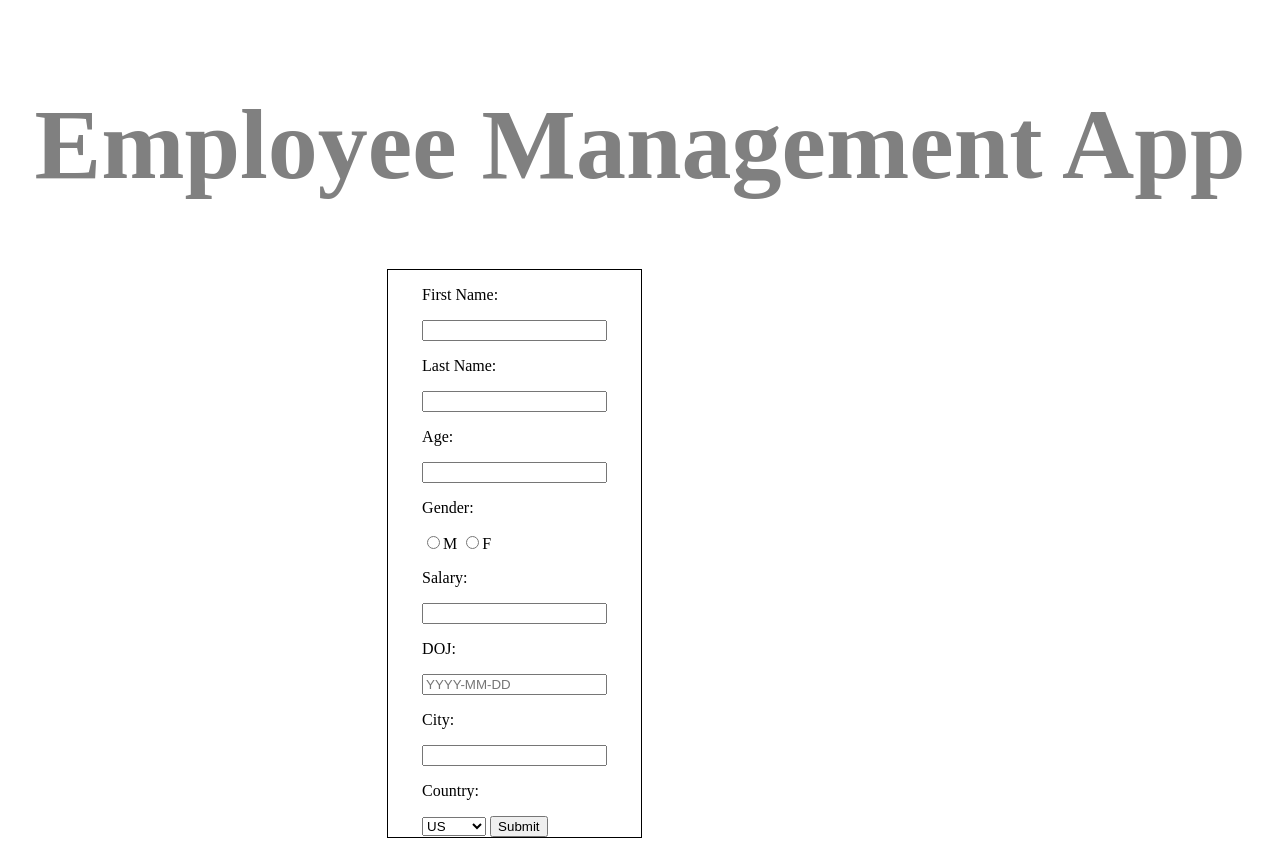
Repository: SaumyaGuptaTechnokrat/Employee_management
Page: http://localhost/Employee/index.jsp
The author's editor kept a copy of each file at every save. The page is drawn from the files as they stood at one save, then again after the next save.
The browser window is 1280 px wide. The pictures show the whole page.
The page is served by Tomcat 9. Other server files are loaded and not shown.

Above is the page before, as saved 2023-02-10 17:29:44.

### Employee/src/main/webapp/index.jsp
<%@ page language="java" contentType="text/html; charset=ISO-8859-1"
    pageEncoding="ISO-8859-1"%>
<!DOCTYPE html>
<html>
<head>
<meta charset="ISO-8859-1">
<title>Insert title here</title>

</head>
<body>
<h1 style="text-align:center;padding-top:20px;color:gray;font-size:100px;">Employee Management App</h1>
<div style="margin:0% 30%;width:20%;border:1px black solid;display:grid;justify-content:center">
<form action="addRecord.jsp" method="post" >

		<p>First Name:</p><input name="fName" type="text"><br>
		<p>Last Name:</p><input name="lName" type="text"><br>
		<p>Age:</p><input name="age" type="number"><br>
		<p>Gender:</p><input name="Gender" type="radio" value="Male">M
		<input type="radio" name="Gender" value="Female">F<br>
		<p>Salary:</p><input name="salary" type="text"><br>
		<p>DOJ:</p><input name="Doj" placeholder="YYYY-MM-DD" type="text"><br>
		<p>City:</p><input name="City" type="text"><br>
		<p>Country:</p><select name="Country">
		<option value="US">US<option/>
		<option value="US">INDIA<option/>
		<option value="US">UK<option/>
		<option value="US">JAPAN<option/>
		</select>
		<input type="button" value="Submit">
</form>
	</div>

</body>
</html>

After the next save:
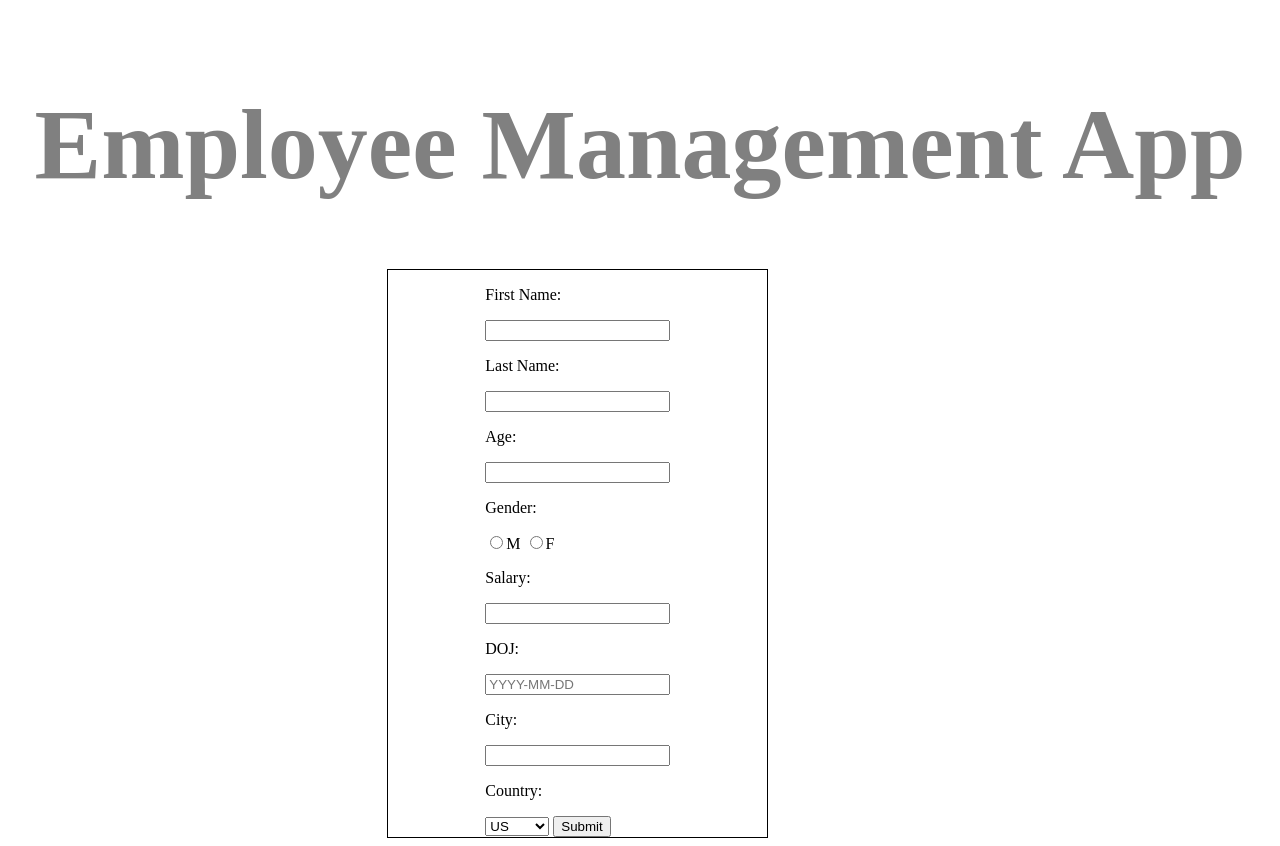
Saved 22 s later.
--- a/Employee/src/main/webapp/index.jsp
+++ b/Employee/src/main/webapp/index.jsp
@@ -9,7 +9,7 @@
 </head>
 <body>
 <h1 style="text-align:center;padding-top:20px;color:gray;font-size:100px;">Employee Management App</h1>
-<div style="margin:0% 30%;width:20%;border:1px black solid;display:grid;justify-content:center">
+<div style="margin:0% 30%;width:30%;border:1px black solid;display:grid;justify-content:center">
 <form action="addRecord.jsp" method="post" >
 
 		<p>First Name:</p><input name="fName" type="text"><br>
